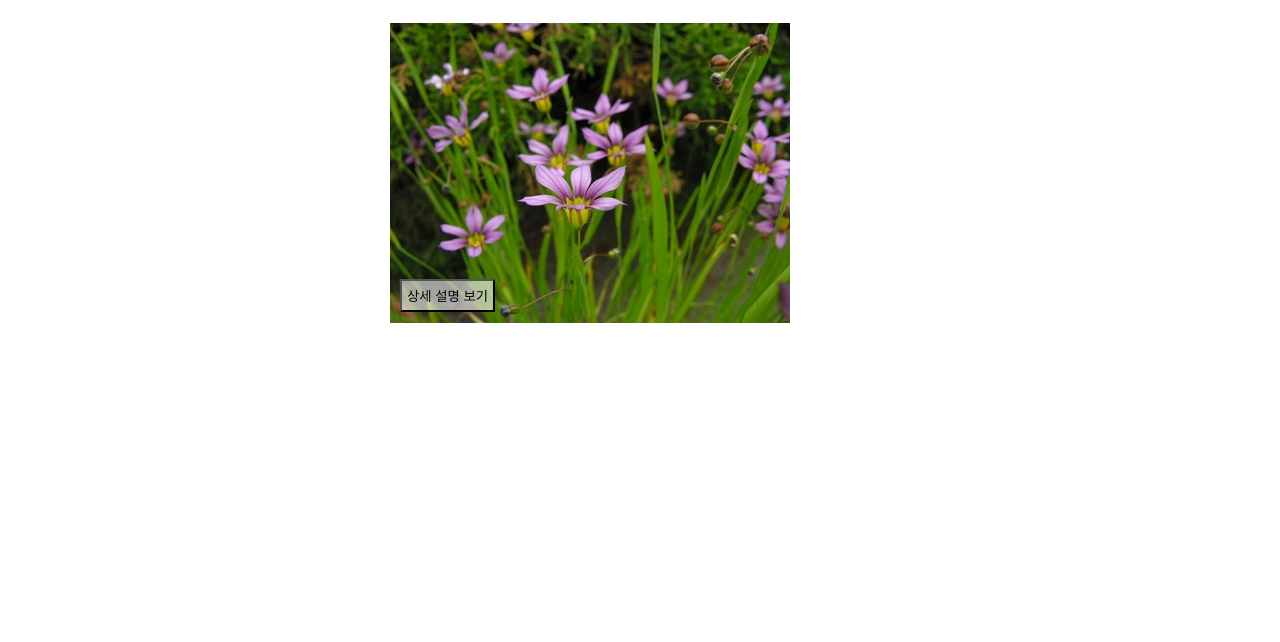
Repository: shinsil0601/webstudy
Page: 03_JavaScript/src/main/webapp/day02/ex17_event.html
These files come from the project's save history. The page is drawn as it stood at one moment and after the next save; the edit follows.
The browser window is 1280 px wide. The pictures show the whole page.
After loading, the first visible `#open` was clicked once.

Above is the page before, as saved 2023-06-28 07:50:36.
Console error: ReferenceError: doctument is not defined

### 03_JavaScript/src/main/webapp/day02/ex17_event.html
<!DOCTYPE html>
<html>
<head>
<meta charset="UTF-8">
<title>Insert title here</title>
<style type="text/css">
	#item{
		position: relative;
		width: 500px;
		height: auto;
		padding: 15px 20px;
		margin: auto;
	}
	.over{
		position: absolute;
		left: 30px;
		bottom: 30px;
	}
	.detail{
		width: 400px;
		line-height: 1.8;
		display: none;
	}
	button{
		background-color: rgba(255,255,255,0.6);
		padding: 5px;
	}
</style>
<script type="text/javascript">
	function showDetail() {
		doctument.getElementById("open").style.display= "none";
		doctument.getElementById("desc").style.display= "block";
	}
	function hideDetail() {
		doctument.getElementById("open").style.display= "block";
		doctument.getElementById("desc").style.display= "none";
	}
</script>
</head>
<body>
	<div id="item">
		<img src="../images/flower.jpg">
		<button class="over" id="open" onclick="showDetail()">상세 설명 보기</button>
		<div id="desc" class="detail">
			<h2>등심붓꽃</h2>
			<p>북아메리카 원산으로 각지에서 관상초로 흔히 심고 있는 귀화식물이다.
			길가나 잔디밭에서 흔히 볼 수 있다. 아주 작은 씨앗을 무수히 많이 가지고 있는데
			바람을 이용해 씨앗들을 날려보내거나, 뿌리줄기를 통해 동일한 개체들을 많이 만들어 냄으로써 번식한다.</p>
		<button id="close" onclick="hideDetail()">상세 설명 닫기</button>
		</div>
	</div>
</body>
</html>

After the next save:
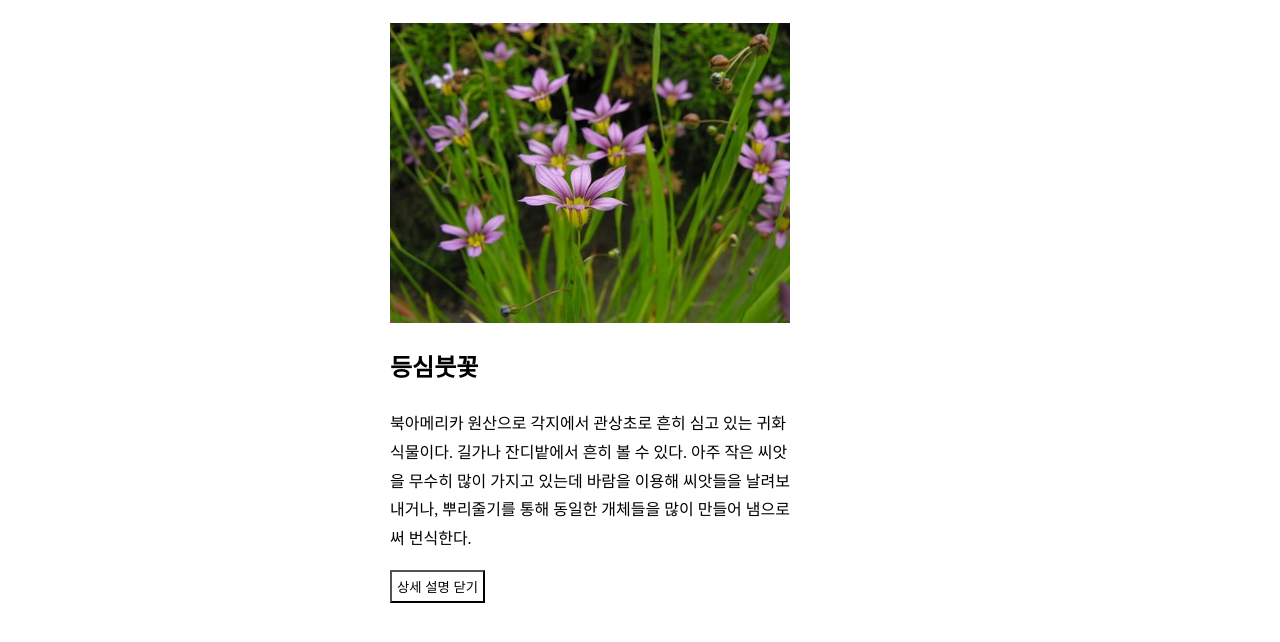
The error is gone.
Saved 108 s later.
--- a/03_JavaScript/src/main/webapp/day02/ex17_event.html
+++ b/03_JavaScript/src/main/webapp/day02/ex17_event.html
@@ -28,12 +28,12 @@
 </style>
 <script type="text/javascript">
 	function showDetail() {
-		doctument.getElementById("open").style.display= "none";
-		doctument.getElementById("desc").style.display= "block";
+		document.getElementById("open").style.display= "none";
+		document.getElementById("desc").style.display= "block";
 	}
 	function hideDetail() {
-		doctument.getElementById("open").style.display= "block";
-		doctument.getElementById("desc").style.display= "none";
+		document.getElementById("open").style.display= "block";
+		document.getElementById("desc").style.display= "none";
 	}
 </script>
 </head>
